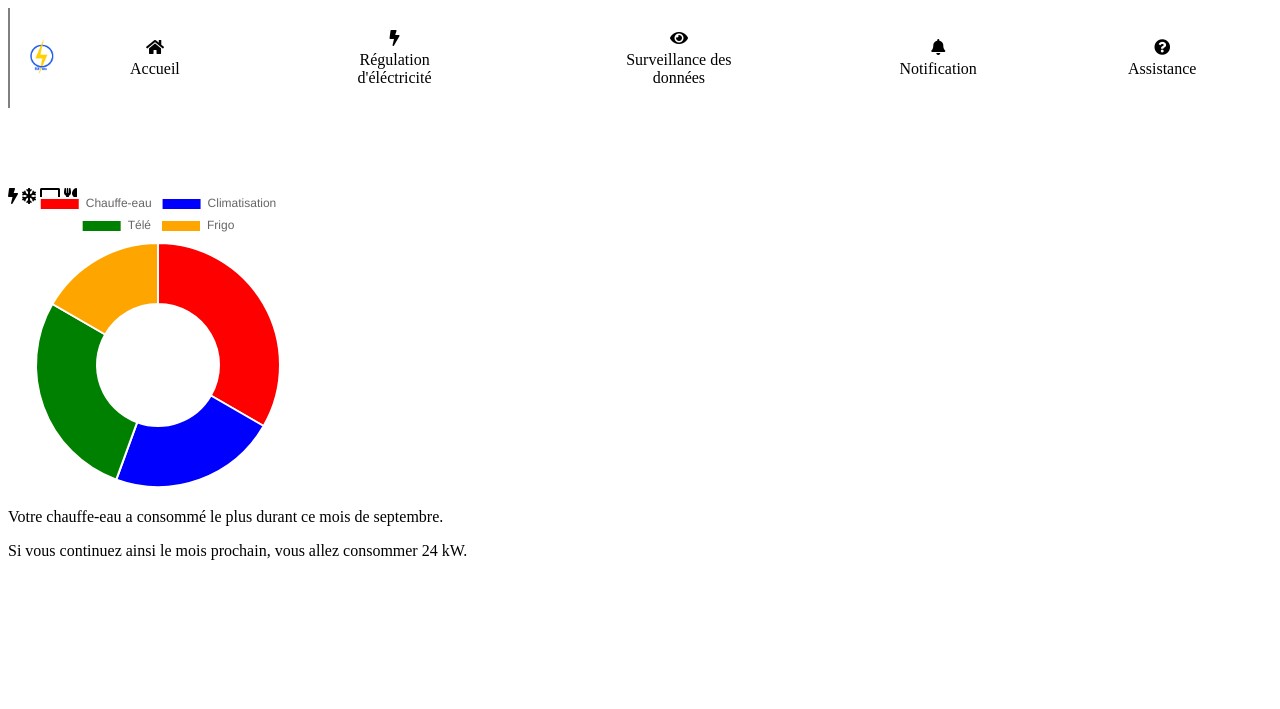
Repository: hamdia200/OSC-Ecowiz
Page: http://localhost/accueil
The author's editor kept a copy of each file at every save. The page is drawn from the files as they stood at one save, then again after the next save.
The browser window is 1280 px wide. The pictures show the whole page.
The page is served by the project's Laravel application, run on PHP 8.4 with Laravel 10.

Above is the page before, as saved 2023-08-18 14:18:40.

After the next save:
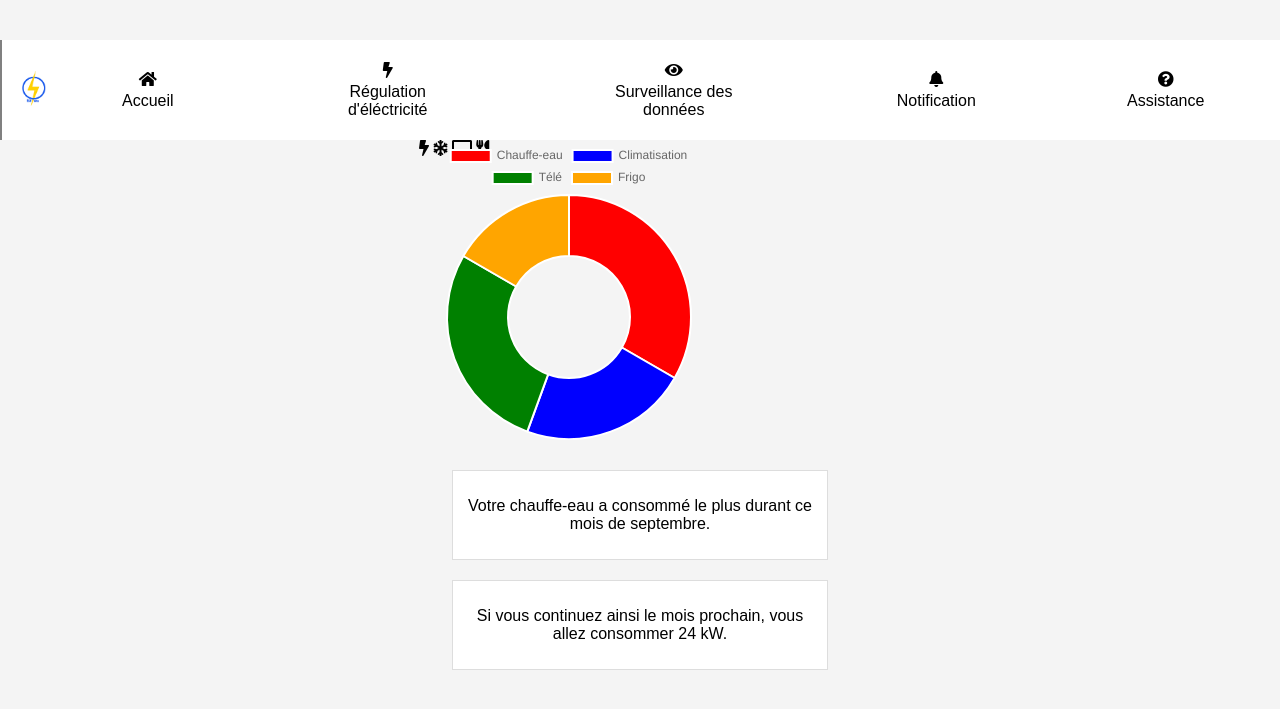
Saved 49 s later.
--- a/resources/views/accueil.blade.php
+++ b/resources/views/accueil.blade.php
@@ -8,35 +8,59 @@
     <title>Accueil</title>
     <style>
 
+body {
+            font-family: Arial, sans-serif;
+            margin: 0;
+            padding: 0;
+            background-color: #f4f4f4;
+            display: flex;
+            flex-direction: column;
+            align-items: center;
+            justify-content: center;
+            min-height: 100vh;
+        }
 
-        .circle-container{
+        .menu {
+            display: flex;
+            justify-content: space-between;
+            align-items: center;
+            width: 100%;
+            padding: 20px;
+            background-color: #333;
+            color: white;
+        }
+
+        .circle-container {
             position: relative;
             width: 300px;
             height: 300px;
-            margin-top: 5rem;
         }
-        .notification-container {
-            width: 100%;
-            margin-top: 20px;
 
-
-        }
-        .chart-container{
+        .chart-container {
             position: absolute;
             width: 100%;
             height: 100%;
         }
 
-        .alert{
-            display: inline-block;
-            margin: 10px;
-            margin-top: 2rem;
-            float: right;
-        }
-        .alert{
-
+        .notification-container {
+            width: 100%;
+            text-align: center;
+            margin-top: 20px;
+            display: flex;
+            flex-direction: column;
+            align-items: center;
         }
 
+        .notification {
+            padding: 10px;
+            margin: 10px;
+            background-color: #fff;
+            border: 1px solid #ddd;
+            width: 80%;
+            max-width: 400px;
+            text-align: center;
+        }
+    </style>
 
 
     </style>
